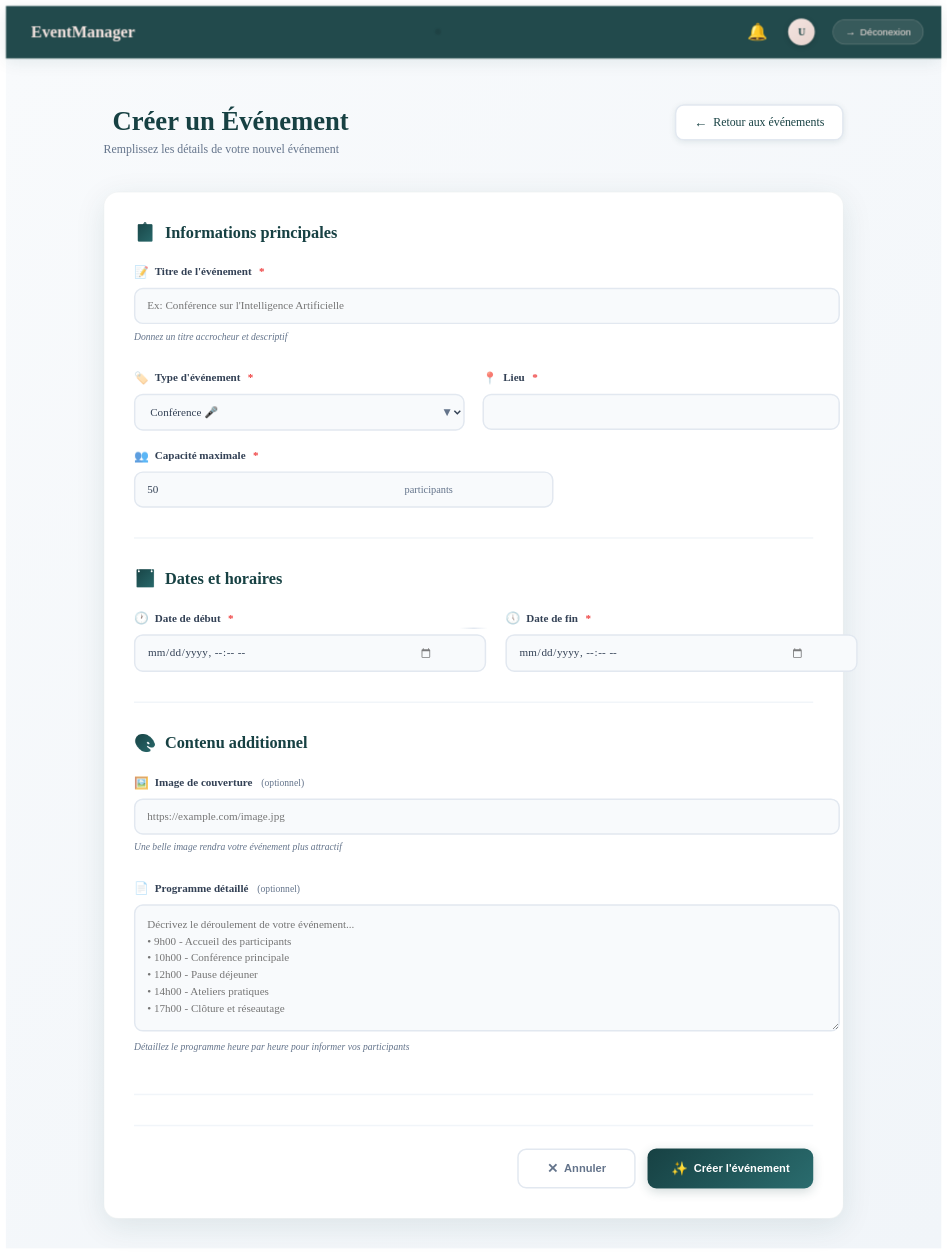
Repository: RADJA-A/DahiliRadja_Pjt_IW
Page: /organisateur/creer-evenement (app in Front/gerement/)
The author's editor kept a copy of each file at every save. The page is drawn from the files as they stood at one save, then again after the next save.
The browser window is 1280 px wide. The pictures show the whole page, at 74% of full size.
The project was rebuilt for these pictures with package versions that can differ from the ones it lists, and the page was loaded fresh each time. Also part of the build but not shown: Front/gerement/angular.json, Front/gerement/src/app/pages/home/home.component.ts, Front/gerement/src/app/components/avantages/avantages.component.ts, Front/gerement/src/app/components/procedure/procedure.component.ts, Front/gerement/src/app/components/services/services.component.ts, Front/gerement/src/app/pages/login/login.component.ts, Front/gerement/src/app/core/services/auth.service.ts, Front/gerement/src/app/pages/signin/signin.component.ts and 9 more.

Above is the page before, as saved 2025-12-17 12:54:39.

### Front/gerement/src/index.html
<!doctype html>
<html lang="en">
<head>
  <meta charset="utf-8">
  <title>Gerement</title>
  <base href="/">
  <meta name="viewport" content="width=device-width, initial-scale=1">
   <link rel="icon" type="image/x-icon" href="1.png">
</head>
<body>


  <app-root></app-root>
</body>
</html>

### Front/gerement/src/app/app.config.ts
import { ApplicationConfig, provideZoneChangeDetection } from '@angular/core';
import { provideRouter } from '@angular/router';
import { provideHttpClient, withInterceptors } from '@angular/common/http';
import { routes } from './app.routes';
import { authInterceptor } from './interceptors/auth.interceptor'; // Notez : pas de AuthInterceptor class

export const appConfig: ApplicationConfig = {
  providers: [
    provideZoneChangeDetection({ eventCoalescing: true }),
    provideRouter(routes),
    provideHttpClient(
      withInterceptors([authInterceptor])  // Utilisez la fonction
    )
  ]
};

### Front/gerement/src/app/app.component.ts
import { Component } from '@angular/core';
import { CommonModule } from '@angular/common';
import { Router, RouterOutlet, NavigationEnd } from '@angular/router';
import { HeaderComponent } from './components/header/header.component';
import { FooterComponent } from './components/footer/footer.component';
import { NavbarComponent } from './components/navbar/navbar.component';
import { filter } from 'rxjs/operators';

@Component({
  selector: 'app-root',
  standalone: true,
  imports: [
    CommonModule,
    RouterOutlet,
    HeaderComponent,
    FooterComponent,
    NavbarComponent // ← Ajout
  ],
  templateUrl: './app.component.html',
  styleUrls: ['./app.component.css']
})
export class AppComponent {
  title = 'gerement';
  showNavbar = false;

  constructor(private router: Router) {
    // Déterminer quand afficher la navbar
    this.router.events.pipe(
      filter(event => event instanceof NavigationEnd)
    ).subscribe((event: any) => {
      const url = event.url;
      this.showNavbar = !['/', '/login', '/signin'].includes(url);
    });
  }
}

### Front/gerement/src/app/app.routes.ts
import { Routes } from '@angular/router';
import { HomeComponent } from './pages/home/home.component';
import { LoginComponent } from './pages/login/login.component';
import { SigninComponent } from './pages/signin/signin.component';

// Organisateur
import { DashboardOrganisateurComponent } from './pages/organisateur/dashboard-organisateur/dashboard-organisateur.component';
import { MesEvenementsComponent } from './pages/organisateur/mes-evenements/mes-evenements.component';
import { CreerEvenementComponent } from './pages/organisateur/creer-evenement/creer-evenement.component';
import { ParticipantsEvenementComponent } from './pages/organisateur/participants-evenement/participants-evenement.component';
import { ModifierEvenementComponent } from './pages/organisateur/modifier-evenement/modifier-evenement.component';
// Participant
import { EvenementsDisponiblesComponent } from './pages/participant/evenements-disponibles/evenements-disponibles.component';
import { MesInscriptionsComponent } from './pages/participant/mes-inscriptions/mes-inscriptions.component';
import { DetailEvenementComponent } from './pages/participant/detail-evenement/detail-evenement.component';

export const routes: Routes = [
  { path: '', component: HomeComponent },
  { path: 'login', component: LoginComponent },
  { path: 'signin', component: SigninComponent },

  // Routes Organisateur
  { path: 'organisateur/dashboard', component: DashboardOrganisateurComponent },
  { path: 'organisateur/mes-evenements', component: MesEvenementsComponent },
  { path: 'organisateur/creer-evenement', component: CreerEvenementComponent },
   { path: 'organisateur/modifier-evenement/:id', component: ModifierEvenementComponent }, // ← AJOUT

  { path: 'organisateur/participants/:id', component: ParticipantsEvenementComponent },

  // Routes Participant
  { path: 'participant/evenements', component: EvenementsDisponiblesComponent },
  { path: 'participant/mes-inscriptions', component: MesInscriptionsComponent },
  { path: 'participant/evenement/:id', component: DetailEvenementComponent },

  { path: '**', redirectTo: '' }
];

### Front/gerement/src/app/interceptors/auth.interceptor.ts
// src/app/interceptors/auth.interceptor.ts
import { HttpInterceptorFn } from '@angular/common/http';
import { inject } from '@angular/core';
import { AuthService } from '../services/auth.service';

export const authInterceptor: HttpInterceptorFn = (req, next) => {
  const authService = inject(AuthService);
  const authHeaders = authService.getAuthHeaders();

  // Si pas de headers d'auth, passer à la suite
  if (Object.keys(authHeaders).length === 0) {
    return next(req);
  }

  // Pas besoin de convertir, authHeaders est déjà un objet simple
  const authReq = req.clone({
    setHeaders: authHeaders
  });

  return next(authReq);
};

### Front/gerement/src/app/app.component.html
<app-header *ngIf="!showNavbar"></app-header>
<app-navbar *ngIf="showNavbar"></app-navbar>
<router-outlet></router-outlet>
<app-footer *ngIf="!showNavbar"></app-footer>

### Front/gerement/src/app/components/header/header.component.ts
import { Component } from '@angular/core';
import { Router, RouterModule } from '@angular/router';

@Component({
  selector: 'app-header',
  standalone: true,
  imports: [RouterModule],
  templateUrl: './header.component.html',
  styleUrls: ['./header.component.css']
})
export class HeaderComponent {
  constructor(private router: Router) {}

  navigateToLogin() {
    this.router.navigate(['/login']);
  }

  navigateToSignin() {
    this.router.navigate(['/signin']);
  }

}

### Front/gerement/src/app/components/navbar/navbar.component.ts
import { Component, OnInit } from '@angular/core';
import { Router, RouterModule } from '@angular/router';
import { CommonModule } from '@angular/common';
import { NotificationsComponent } from '../notifications/notifications.component';
import { NotificationService } from '../../services/notification.service';

@Component({
  selector: 'app-navbar',
  imports: [CommonModule, NotificationsComponent, RouterModule],
  templateUrl: './navbar.component.html',
  styleUrls: ['./navbar.component.css']
})
export class NavbarComponent implements OnInit {
  user: any;
  notificationsCount = 0;
  showNotifications = false;

  constructor(
    private router: Router,
    private notificationService: NotificationService
  ) {}

  ngOnInit() {
    this.loadUser();
  }

  loadUser() {
    const userStr = localStorage.getItem('user');
    if (userStr) {
      this.user = JSON.parse(userStr);
      this.loadNotificationsCount();
    }
  }

  loadNotificationsCount() {
    this.notificationService.getNotificationsNonLues(this.user.id).subscribe(
      (notifications) => {
        this.notificationsCount = notifications.length;
      }
    );
  }

  toggleNotifications() {
    this.showNotifications = !this.showNotifications;
  }

  logout() {
    localStorage.removeItem('user');
    this.router.navigate(['/login']);
  }

  isOrganisateur(): boolean {
    const role = this.user?.role;
    return role === 'ORGANIZER' || role === 'ADMIN';
  }

  isParticipant(): boolean {
    const role = this.user?.role;
    return role === 'PARTICIPANT';
  }

  getUserInitials(): string {
    if (!this.user) return 'U';
    const first = this.user.prenom?.[0] || '';
    const last = this.user.nom?.[0] || '';
    return (first + last).toUpperCase() || 'U';
  }

  getUserRole(): string {
    if (!this.user) return '';
    const roles: { [key: string]: string } = {
      'ORGANIZER': 'Organisateur',
      'ADMIN': 'Administrateur',
      'PARTICIPANT': 'Participant'
    };
    return roles[this.user.role] || this.user.role;
  }
}

### Front/gerement/src/app/components/header/header.component.html
<div id="logindiv">
  <nav>
    <h1>Gerement</h1>
    <ul class="liste">
      <li><a href="#avantages">Avantages</a></li>
      <li><a href="#services">Nos services</a></li>
      <li><a href="#procedure">Procedure</a></li>
    </ul>

    <!-- Wrap the buttons -->
    <div class="button-group">
      <button id="connectbtn" (click)="navigateToLogin()">Se connecter</button>
      <button id="signinbtn" (click)="navigateToSignin()">S'inscrire</button>
    </div>
  </nav>
</div>

### Front/gerement/src/app/components/header/header.component.css
*{
    font-family: DM sans-serif ;
}


body::-webkit-scrollbar {
    width : 10px;
}

body::-webkit-scrollbar-track {
    background :#174143;
}

body::-webkit-scrollbar-thumb {
    background-color :#F5E5E1;
    border-radius: 10px 10px ;
}


nav {
    display: flex;
    justify-content: space-between; /* h1 left, everything else right */
    align-items: center;
    padding: 0 20px;
}

.button-group {
    display: flex;
    gap: 10px; /* space between the two buttons */
}


nav h1 {
    color: #174143;
    margin: 0;
}

nav ul {
    display: flex;
    list-style: none;
    margin: 0;
    padding: 0;
    gap: 30px;
    align-items: center;
    font-size: 20px;
}

nav ul li {
    margin: 0;
    padding: 0;
}

nav ul li a {
    text-decoration: none;
    color: black;
    line-height: 1;
    display: flex;
    align-items: center;
}

nav ul li a:hover{
    font-weight: bold;
}


button{
    border: none;
    border-radius: 50px;
     background-color:  #174143;
    color: white;
    height : 48px;
    width : 134px;
    font-size: 19px;
}

button:hover{
    cursor: pointer;
    transition : 0.2s ease-in-out  ;
    background-color:  #F5E5E1;
    color:  #174143;
}

### Front/gerement/src/app/components/footer/footer.component.html
<footer class="custom-footer">
  <div class="footer-section">
    <p>Université d'alger 1</p>
    <p>Alger centre</p>
    <p>Alger, Algerie</p>
  </div>



  <div class="footer-bottom">
    <p>Gerement™</p>
    <p>© 2025 All Rights Reserved</p>
  </div>
</footer>

### Front/gerement/src/app/components/footer/footer.component.css
.custom-footer {
  background: #174143;
  padding: 30px;
  text-align: center;
  color: #F5E5E1;
  font-family: Arial, sans-serif;
  border-top: 1px solid #ddd;
}


.footer-bottom {
  margin-top: 15px;
  font-size: 13px;
  color: #d7beb8;
}

### Front/gerement/src/app/components/navbar/navbar.component.html
<nav class="navbar">
  <div class="navbar-container">
    <!-- Brand -->
    <div class="navbar-brand">
      <div class="brand-content">
        <span class="brand-icon"></span>
        <h2>Event<span class="highlight">Manager</span></h2>
      </div>
    </div>

    <!-- Menu -->
    <div class="navbar-menu">
      <ng-container *ngIf="isOrganisateur()">
        <a [routerLink]="['/organisateur/dashboard']"
           routerLinkActive="active"
           class="menu-link">
          <span class="link-icon"></span>
          Dashboard
        </a>
        <a [routerLink]="['/organisateur/mes-evenements']"
           routerLinkActive="active"
           class="menu-link">
          <span class="link-icon">📅</span>
          Mes Événements
        </a>
        <a [routerLink]="['/organisateur/creer-evenement']"
           routerLinkActive="active"
           class="menu-link create-btn">
          <span class="link-icon">+</span>
          Créer
        </a>
      </ng-container>

      <ng-container *ngIf="isParticipant()">
        <a [routerLink]="['/participant/evenements']"
           routerLinkActive="active"
           class="menu-link">
          <span class="link-icon">🎪</span>
          Événements
        </a>
        <a [routerLink]="['/participant/mes-inscriptions']"
           routerLinkActive="active"
           class="menu-link">
          <span class="link-icon">📋</span>
          Mes Inscriptions
        </a>
      </ng-container>
    </div>

    <!-- Actions -->
    <div class="navbar-actions">
      <!-- Notifications -->
      <div class="notification-container" (click)="toggleNotifications()">
        <div class="notification-icon" [class.has-notif]="notificationsCount > 0">
          🔔
          <span class="notification-badge" *ngIf="notificationsCount > 0">
            {{ notificationsCount }}
          </span>
        </div>
      </div>

      <!-- User -->
      <div class="user-container">
        <div class="user-avatar">
          {{ getUserInitials() }}
        </div>
        <div class="user-info">
          <span class="user-name">{{ user?.prenom }} {{ user?.nom }}</span>
          <span class="user-role">{{ getUserRole() }}</span>
        </div>
        <button class="logout-btn" (click)="logout()">
          <span class="logout-icon">→</span>
          Déconexion
        </button>
      </div>
    </div>
  </div>

  <!-- Notifications Panel -->
  <app-notifications *ngIf="showNotifications" [userId]="user?.id"></app-notifications>
</nav>

### Front/gerement/src/app/pages/organisateur/creer-evenement/creer-evenement.component.html
<div class="creer-evenement">
  <div class="container">
    <!-- En-tête élégant -->
    <div class="page-header">
      <div class="header-content">
        <div class="header-text">
          <h1><span class="header-icon"></span> Créer un Événement</h1>
          <p class="subtitle">Remplissez les détails de votre nouvel événement</p>
        </div>
        <a routerLink="/organisateur/mes-evenements" class="btn-back">
          <span class="btn-icon">←</span> Retour aux événements
        </a>
      </div>
    </div>

    <!-- Formulaire -->
    <div class="form-wrapper">
      <form (ngSubmit)="onSubmit()" class="evenement-form">
        <!-- Section 1 : Informations principales -->
        <div class="form-section">
          <div class="section-header">
            <span class="section-icon">📋</span>
            <h3>Informations principales</h3>
          </div>

          <div class="form-grid">
            <!-- Titre -->
            <div class="input-group full-width">
              <label class="form-label">
                <span class="label-icon">📝</span>
                Titre de l'événement
                <span class="required">*</span>
              </label>
              <input
                type="text"
                [(ngModel)]="evenement.titre"
                name="titre"
                placeholder="Ex: Conférence sur l'Intelligence Artificielle"
                class="form-input"
                required>
              <p class="input-hint">Donnez un titre accrocheur et descriptif</p>
            </div>

            <!-- Type -->
            <div class="input-group">
              <label class="form-label">
                <span class="label-icon">🏷️</span>
                Type d'événement
                <span class="required">*</span>
              </label>
              <div class="select-container">
                <select [(ngModel)]="evenement.type" name="type" class="form-select" required>
                  <option *ngFor="let type of types" [value]="type">
                    {{ getTypeLabel(type) }}
                  </option>
                </select>
                <span class="select-arrow">▼</span>
              </div>
            </div>

            <!-- Lieu -->
            <div class="input-group">
              <label class="form-label">
                <span class="label-icon">📍</span>
                Lieu
                <span class="required">*</span>
              </label>
              <input
                type="text"
                [(ngModel)]="evenement.lieu"
                name="lieu"

                class="form-input"
                required>
            </div>

            <!-- Capacité -->
            <div class="input-group">
              <label class="form-label">
                <span class="label-icon">👥</span>
                Capacité maximale
                <span class="required">*</span>
              </label>
              <div class="number-container">
                <input
                  type="number"
                  [(ngModel)]="evenement.capaciteMax"
                  name="capaciteMax"
                  min="1"
                  max="1000"
                  placeholder="50"
                  class="form-input number-input"
                  required>
                <span class="input-suffix">participants</span>
              </div>
            </div>
          </div>
        </div>

        <!-- Section 2 : Dates -->
        <div class="form-section">
          <div class="section-header">
            <span class="section-icon">📅</span>
            <h3>Dates et horaires</h3>
          </div>

          <div class="date-container">
            <div class="date-group">
              <label class="form-label">
                <span class="label-icon">🕐</span>
                Date de début
                <span class="required">*</span>
              </label>
              <div class="datetime-input-container">
                <input
                  type="datetime-local"
                  [(ngModel)]="evenement.dateDebut"
                  name="dateDebut"
                  class="form-input datetime-input"
                  required>
              </div>
            </div>

            <div class="date-separator">
              <div class="separator-line"></div>
              <span class="separator-text">à</span>
            </div>

            <div class="date-group">
              <label class="form-label">
                <span class="label-icon">🕔</span>
                Date de fin
                <span class="required">*</span>
              </label>
              <div class="datetime-input-container">
                <input
                  type="datetime-local"
                  [(ngModel)]="evenement.dateFin"
                  name="dateFin"
                  class="form-input datetime-input"
                  required>
              </div>
            </div>
          </div>
        </div>

        <!-- Section 3 : Contenu -->
        <div class="form-section">
          <div class="section-header">
            <span class="section-icon">🎨</span>
            <h3>Contenu additionnel</h3>
          </div>

          <div class="content-grid">
            <!-- Image -->
            <div class="input-group full-width">
              <label class="form-label">
                <span class="label-icon">🖼️</span>
                Image de couverture
                <span class="optional">(optionnel)</span>
              </label>
              <div class="image-input-container">
                <input
                  type="url"
                  [(ngModel)]="evenement.imageUrl"
                  name="imageUrl"
                  placeholder="https://example.com/image.jpg"
                  class="form-input">
                <p class="input-hint">Une belle image rendra votre événement plus attractif</p>
              </div>
              <div *ngIf="evenement.imageUrl" class="image-preview">
                <img [src]="evenement.imageUrl" alt="Aperçu" (error)="evenement.imageUrl = ''">
              </div>
            </div>

            <!-- Programme -->
            <div class="input-group full-width">
              <label class="form-label">
                <span class="label-icon">📄</span>
                Programme détaillé
                <span class="optional">(optionnel)</span>
              </label>
              <div class="textarea-container">
                <textarea
                  [(ngModel)]="evenement.programme"
                  name="programme"
                  rows="6"
                  placeholder="Décrivez le déroulement de votre événement...
• 9h00 - Accueil des participants
• 10h00 - Conférence principale
• 12h00 - Pause déjeuner
• 14h00 - Ateliers pratiques
• 17h00 - Clôture et réseautage"
                  class="form-textarea"></textarea>
                <p class="input-hint">Détaillez le programme heure par heure pour informer vos participants</p>
              </div>
            </div>
          </div>
        </div>

        <!-- Actions -->
        <div class="form-actions">
          <button type="button" class="btn btn-secondary" routerLink="/organisateur/mes-evenements">
            <span class="btn-icon">✕</span>
            Annuler
          </button>
          <button type="submit" class="btn btn-primary" [disabled]="loading">
            <span *ngIf="!loading" class="btn-content">
              <span class="btn-icon">✨</span>
              Créer l'événement
            </span>
            <span *ngIf="loading" class="btn-content">
              <span class="spinner"></span>
              Création en cours...
            </span>
          </button>
        </div>
      </form>
    </div>
  </div>
</div>

Loaded but not shown: Front/gerement/src/styles.css (common file); Front/gerement/src/main.ts (common file); Front/gerement/src/app/components/footer/footer.component.ts (common file); Front/gerement/src/app/services/notification.service.ts (331 lines, source omitted); Front/gerement/src/app/pages/organisateur/creer-evenement/creer-evenement.component.css (455 lines, source omitted); Front/gerement/src/app/services/auth.service.ts (236 lines, source omitted); Front/gerement/src/app/components/navbar/navbar.component.css (253 lines, source omitted); Front/gerement/src/app/pages/organisateur/creer-evenement/creer-evenement.component.ts (120 lines, source omitted); Front/gerement/src/app/services/evenement.service.ts (103 lines, source omitted); Front/gerement/src/app/app.component.css (no stored copy; drawn as an empty file)

After the next save:
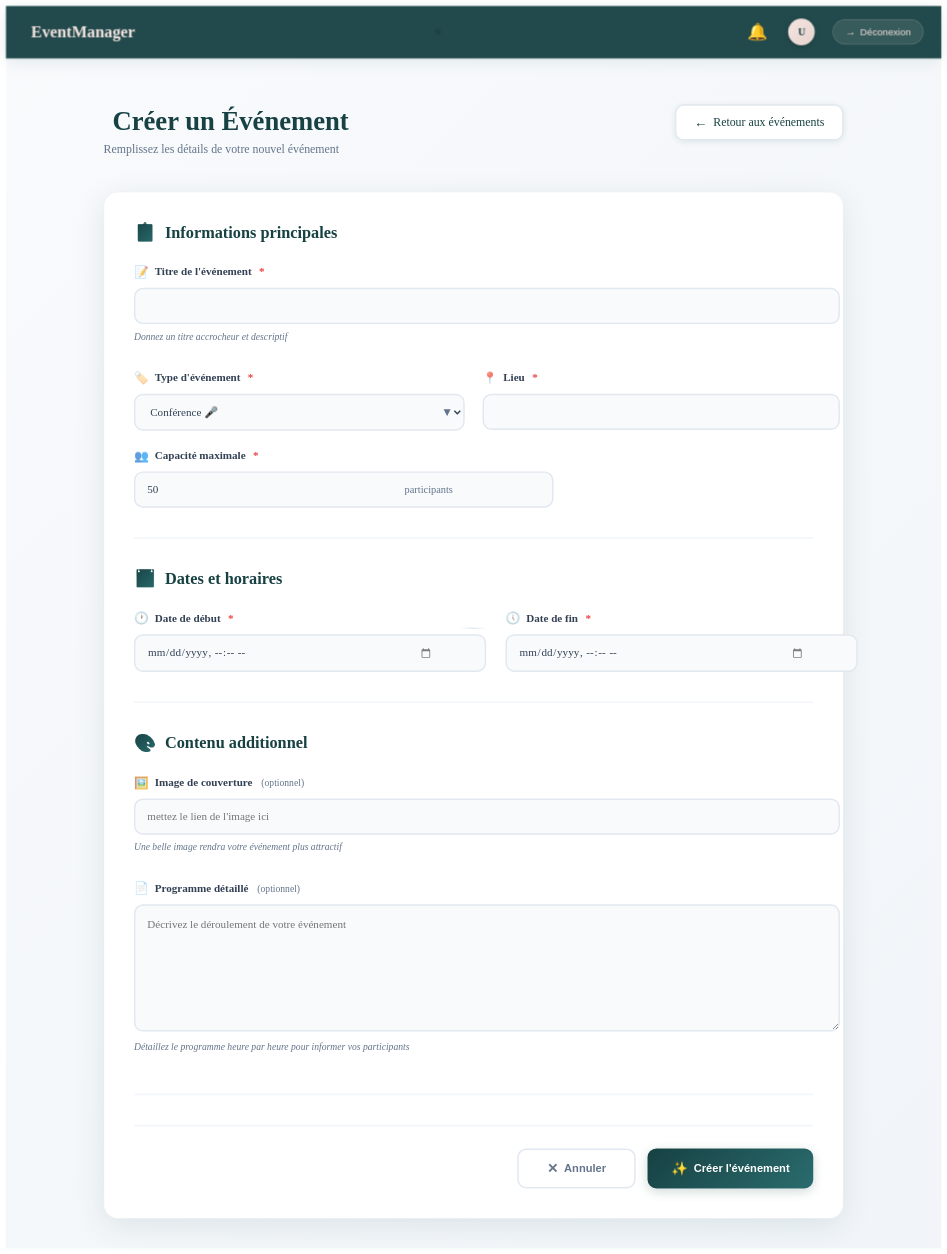
Saved 2 s later.
--- a/Front/gerement/src/app/pages/organisateur/creer-evenement/creer-evenement.component.html
+++ b/Front/gerement/src/app/pages/organisateur/creer-evenement/creer-evenement.component.html
@@ -35,7 +35,7 @@
                 type="text"
                 [(ngModel)]="evenement.titre"
                 name="titre"
-                placeholder="Ex: Conférence sur l'Intelligence Artificielle"
+                placeholder=""
                 class="form-input"
                 required>
               <p class="input-hint">Donnez un titre accrocheur et descriptif</p>
@@ -164,7 +164,7 @@
                   type="url"
                   [(ngModel)]="evenement.imageUrl"
                   name="imageUrl"
-                  placeholder="https://example.com/image.jpg"
+                  placeholder="mettez le lien de l'image ici"
                   class="form-input">
                 <p class="input-hint">Une belle image rendra votre événement plus attractif</p>
               </div>
@@ -185,12 +185,7 @@
                   [(ngModel)]="evenement.programme"
                   name="programme"
                   rows="6"
-                  placeholder="Décrivez le déroulement de votre événement...
-• 9h00 - Accueil des participants
-• 10h00 - Conférence principale
-• 12h00 - Pause déjeuner
-• 14h00 - Ateliers pratiques
-• 17h00 - Clôture et réseautage"
+                  placeholder="Décrivez le déroulement de votre événement"
                   class="form-textarea"></textarea>
                 <p class="input-hint">Détaillez le programme heure par heure pour informer vos participants</p>
               </div>
